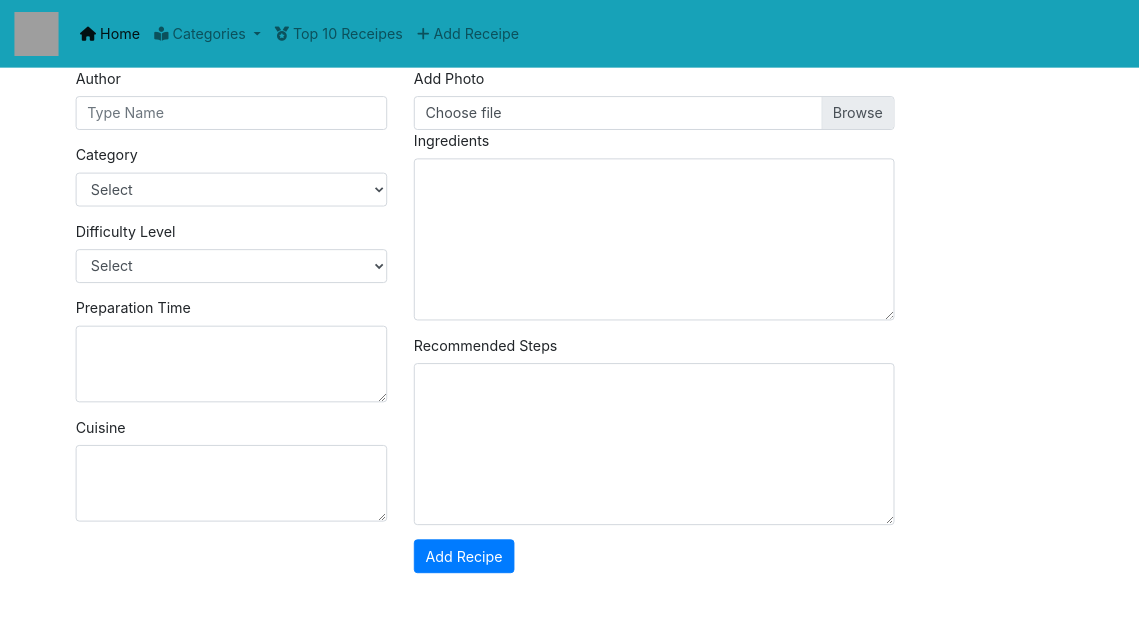
Repository: toderas/Flask-Cook-Book
Page: templates/addrecipe.html
The author's editor kept a record of every edit. The page is drawn from the files as they stood at one moment, then again after the next edit.
The browser window is 1280 px wide. The pictures show the whole page, at 89% of full size.
Pictures or frames that could not be fetched are drawn as grey boxes. Some web libraries are served in a nearby version. The page is served by the project's application, run on Flask 3 (cookbook.py). The template is opened directly, without the code that normally fills it, so the values that code supplies are empty.

Above is the page before.

After the next edit:
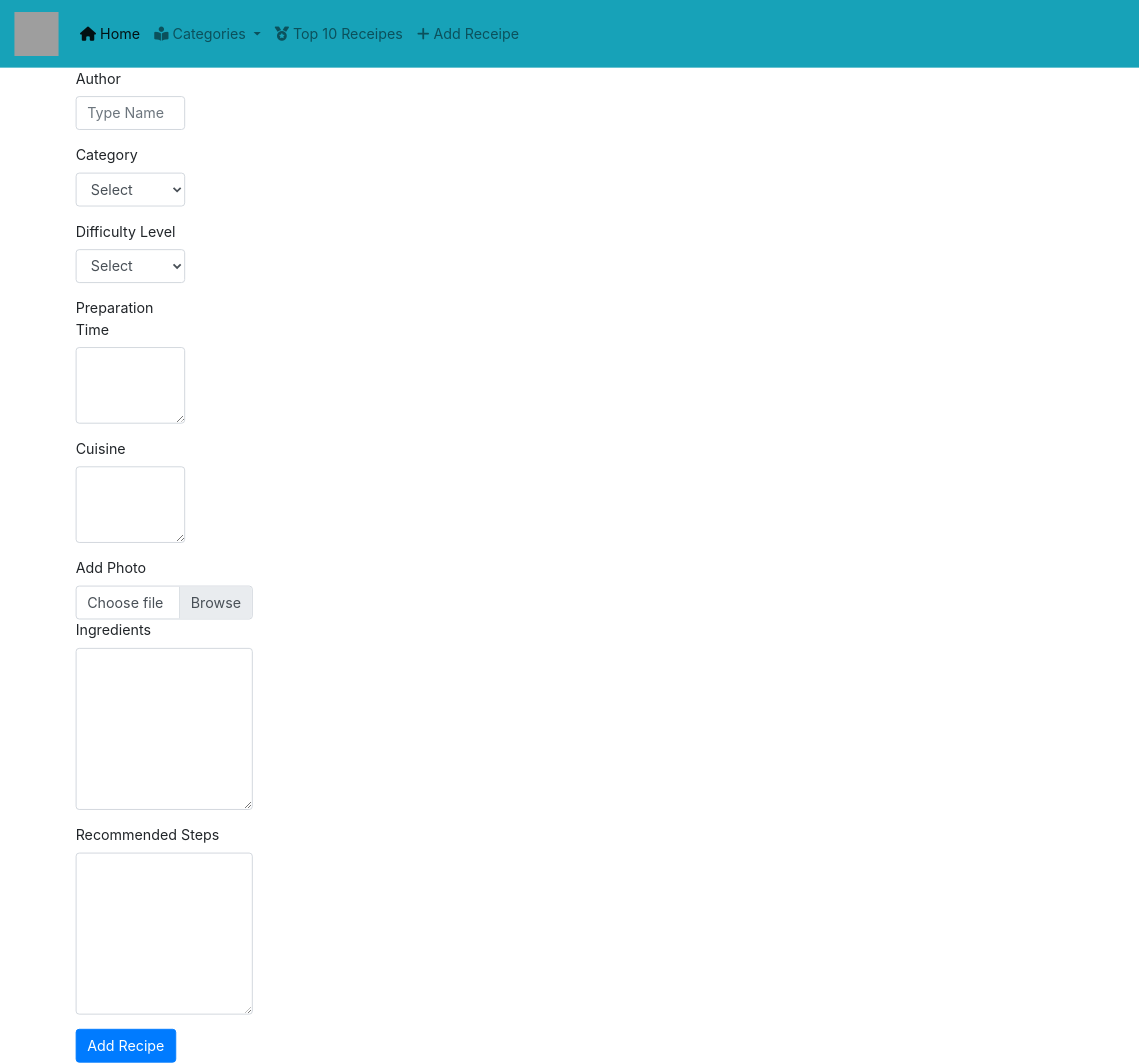
The edit:
--- a/templates/addrecipe.html
+++ b/templates/addrecipe.html
@@ -1,7 +1,8 @@
 {% extends 'home.html'%} {% block content %}
 <div class="container">
+  <div class="row">
   <form action="{{url_for('add_recipe')}}" method="POST">
-    <div class="row">
+
       <div class="col-12 col-md-4">
         <div class="form-group">
           <label for="dish_author">Author</label>
